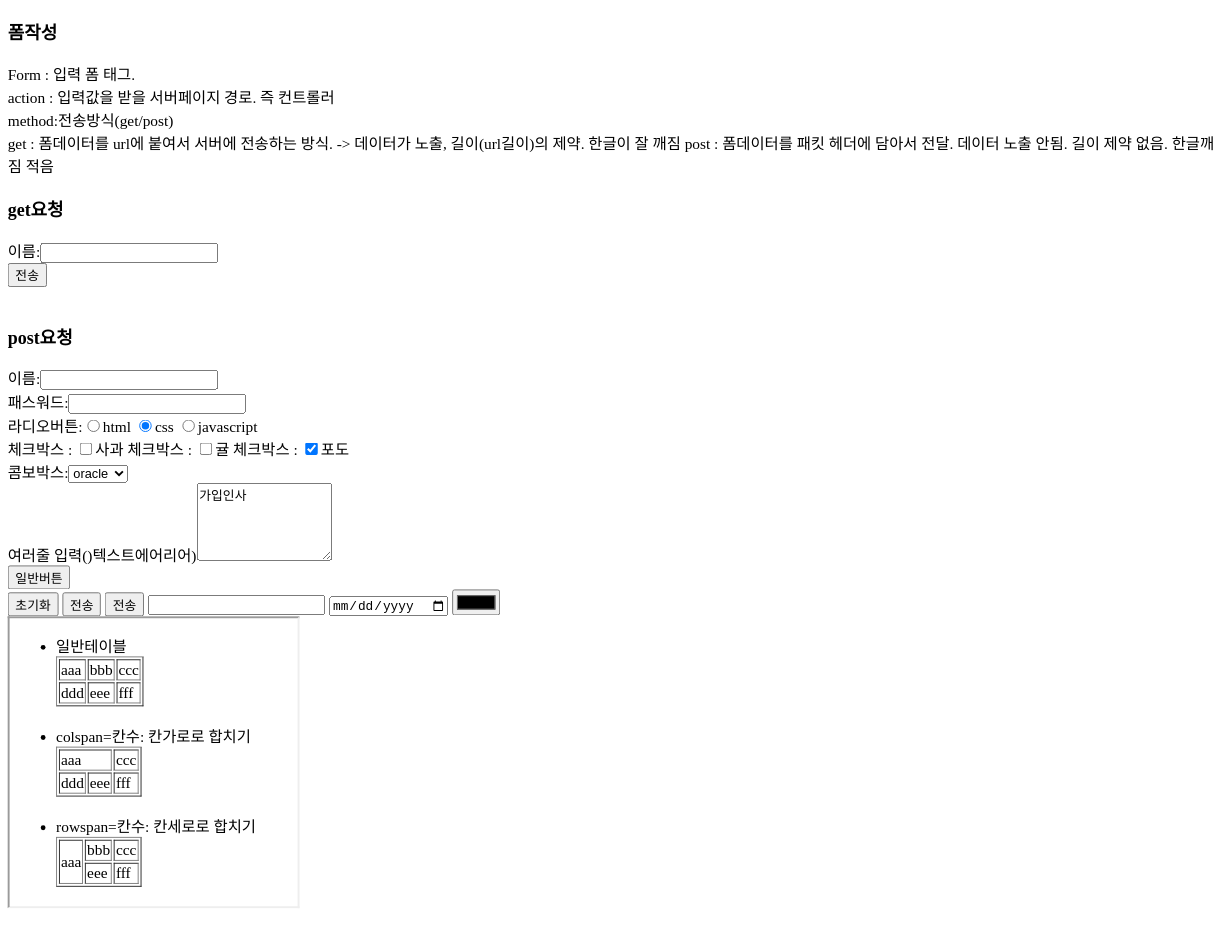
Repository: rmsudrmsud/SourceTree
Page: html/src/main/webapp/html/3.html
The author's editor kept a copy of each file at every save. The page is drawn from the files as they stood at one save, then again after the next save.
The browser window is 1280 px wide. The pictures show the whole page, at 96% of full size.

Above is the page before, as saved 2022-11-21 11:57:47.

### html/src/main/webapp/html/3.html
<!DOCTYPE html>
<html>
<head>
<meta charset="EUC-KR">
<title>Insert title here</title>
</head>
<body>
<h3>폼작성</h3>
Form : 입력 폼 태그.<br/>
action : 입력값을 받을 서버페이지 경로. 즉 컨트롤러<br/>
method:전송방식(get/post)<br/>
get : 폼데이터를 url에 붙여서 서버에 전송하는 방식. -> 데이터가 노출, 길이(url길이)의 제약. 한글이 잘 깨짐
post : 폼데이터를 패킷 헤더에 담아서 전달. 데이터 노출 안됨. 길이 제약 없음. 한글깨짐 적음
<form action="/html/FormTest" method="get"> <!--/html/formtest에 요청보내고 GET방식으로-->
<h3>get요청</h3>
이름:<input type="text" name="nameval"><br/>
<!-- type="text" : 가장 많이사용되는 텍스트 입력박스. 이름 : nameval-> 서버에서 값읽어갈때 이름을 이용 <br/>-->
<input type="submit" value="전송">
</form><br/>

<h3>post요청</h3>
<form action="/html/FormTest" method="post">
이름:<input type="text" name="nameval"><br/>

패스워드:<input type="password" name="pwd"><br/>
<!-- <input type="password": 입력받는것은 같지만 외부에보이지않게 가려줌<br/>-->

라디오버튼:<input type="radio" name="ra" value="html">html
<input type="radio" name="ra" value="css" checked>css
<input type="radio" name="ra" value="javascript">javascript<br/>

체크박스 : <input type="checkbox" name="ch" value="1">사과
체크박스 : <input type="checkbox" name="ch" value="2">귤
체크박스 : <input type="checkbox" name="ch" value="3" checked>포도<br/>

콤보박스:<select name="sel">
<option value="val1">mysql</option>
<option value="val2" selected>oracle</option>
<option value="val3">ms-sql</option>
</select><br/>

여러줄 입력()텍스트에어리어)<textarea rows="5" cols="15" name="content">
가입인사</textarea><br/>

<input type="button" value="일반버튼" onclick="alert('버튼눌림')"><br/>
<input type="reset" value="초기화"> <!-- 폼초기화 -->
<input type="submit" value="전송"> <!-- 폼제출 -->
<button>전송</button>
<input type="number">
<input type="date">
<input type="color"><br/>
<iframe src="2.html" style="width:300px;height:300px"></iframe>

</form><br/>
</body>
</html>

### html/src/main/webapp/html/2.html
<!DOCTYPE html>
<html>
<head>
<meta charset="EUC-KR">
<title>2022/11/18 html</title>
</head>
<body>
<ul type>
<li>일반테이블</li>
<table border="1">
<tr><td>aaa</td><td>bbb</td><td>ccc</td></tr>
<tr><td>ddd</td><td>eee</td><td>fff</td></tr>
</table></br>

<li>colspan=칸수: 칸가로로 합치기</li>
<table border="1">
<tr><td colspan="2">aaa</td><td>ccc</td></tr>
<tr><td>ddd</td><td>eee</td><td>fff</td></tr>
</table></br>

<li>rowspan=칸수: 칸세로로 합치기</li>
<table border="1">
<tr><td rowspan="2">aaa</td><td>bbb</td><td>ccc</td></tr>
<tr><td>eee</td><td>fff</td></tr>
</table></br>
</ul>
ol : 순서 있는 목록. 속성 type : 1, i, I, a, A<br/>
ul : 순서 없는 목록. 속성 type : 모양 지정. disc, circle, square<br/>
li : ol이나 ul에서 사용하는 목록한개
<ol>
<li>html</li>
<li>css</li>
<li>javascript</li>
</ol>

<ol type="I">
<li>html</li>
<li>css</li>
<li>javascript</li>
</ol>

<ul type="disc">
<li>html</li>
<li>css</li>
<li>javascript</li>
</ul>

<ul type="circle">
<li>html</li>
<li>css</li>
<li>javascript</li>
</ul>

<ul type="square">
<li>html</li>
<li>css</li>
<li>javascript</li>
</ul>

<!-- 주석 -->
<!-- ctrl+shift+c -->

블럭 지정 태그:div(단락을 구분), span(단락 구분X)
<div style="width:100px;height:100px;background-color:yellow;color:blue">div내부</div>
div밖<span>span내부</span>
</body>
</html>

After the next save:
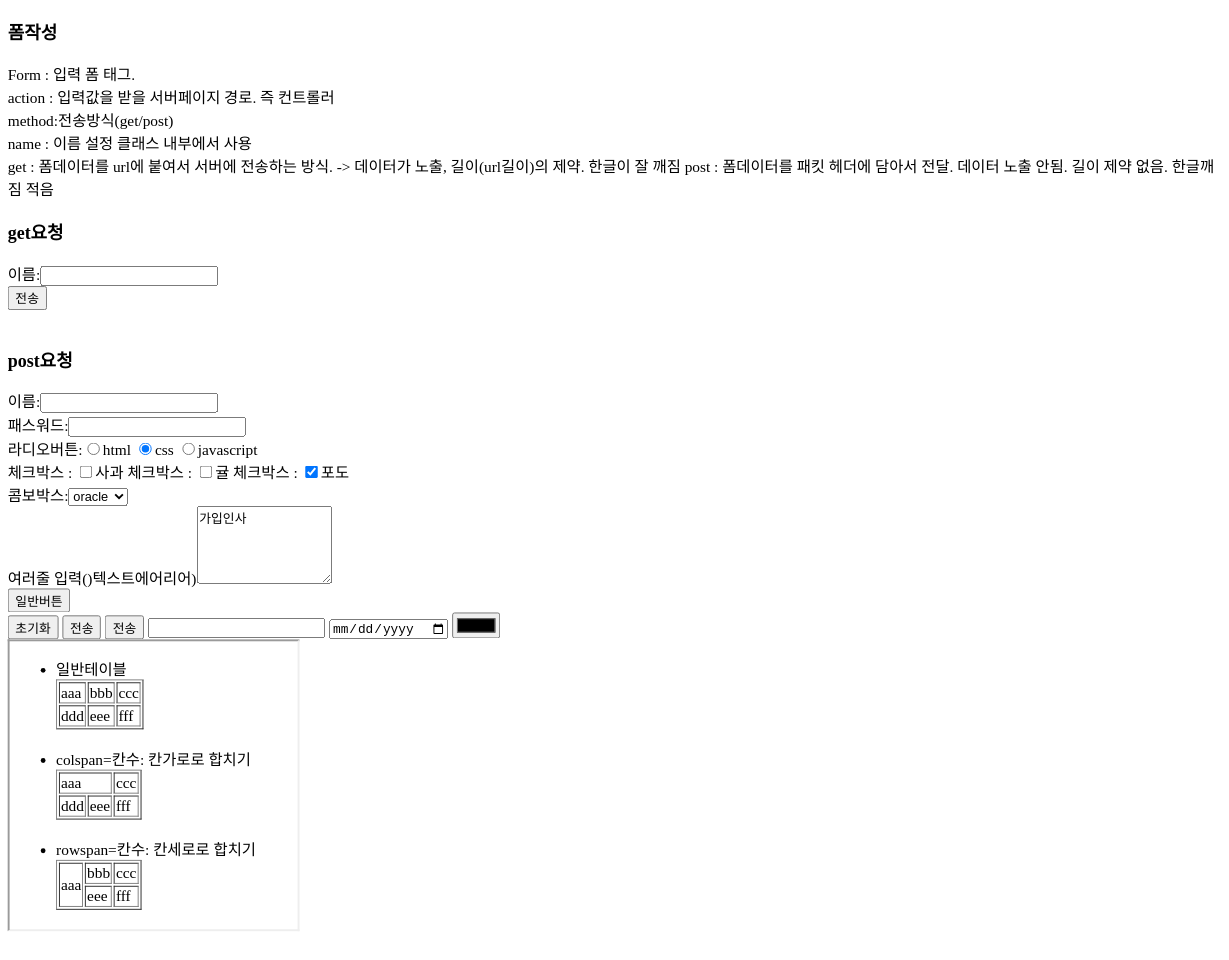
Saved 37 min 51 s later.
--- a/html/src/main/webapp/html/3.html
+++ b/html/src/main/webapp/html/3.html
@@ -9,6 +9,7 @@
 Form : 입력 폼 태그.<br/>
 action : 입력값을 받을 서버페이지 경로. 즉 컨트롤러<br/>
 method:전송방식(get/post)<br/>
+name : 이름 설정 클래스 내부에서 사용<br/>
 get : 폼데이터를 url에 붙여서 서버에 전송하는 방식. -> 데이터가 노출, 길이(url길이)의 제약. 한글이 잘 깨짐
 post : 폼데이터를 패킷 헤더에 담아서 전달. 데이터 노출 안됨. 길이 제약 없음. 한글깨짐 적음
 <form action="/html/FormTest" method="get"> <!--/html/formtest에 요청보내고 GET방식으로-->
